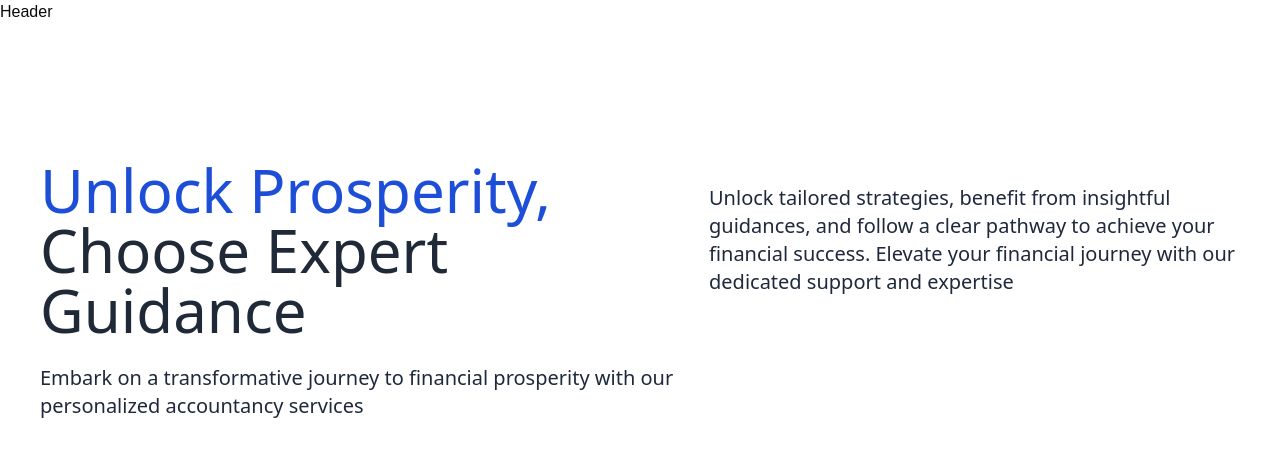
Repository: vespersolutionspk18/integrast-website
Page: /
The author's editor kept a copy of each file at every save. The page is drawn from the files as they stood at one save, then again after the next save.
The browser window is 1280 px wide. The pictures show the whole page.
The project was rebuilt for these pictures with package versions that can differ from the ones it lists, and the page was loaded fresh each time. The framework's server and built-in components were replaced by stand-ins that run in the browser. Also part of the build but not shown: next.config.ts.

Above is the page before, as saved 2024-12-09 14:47:46.

After the next save:
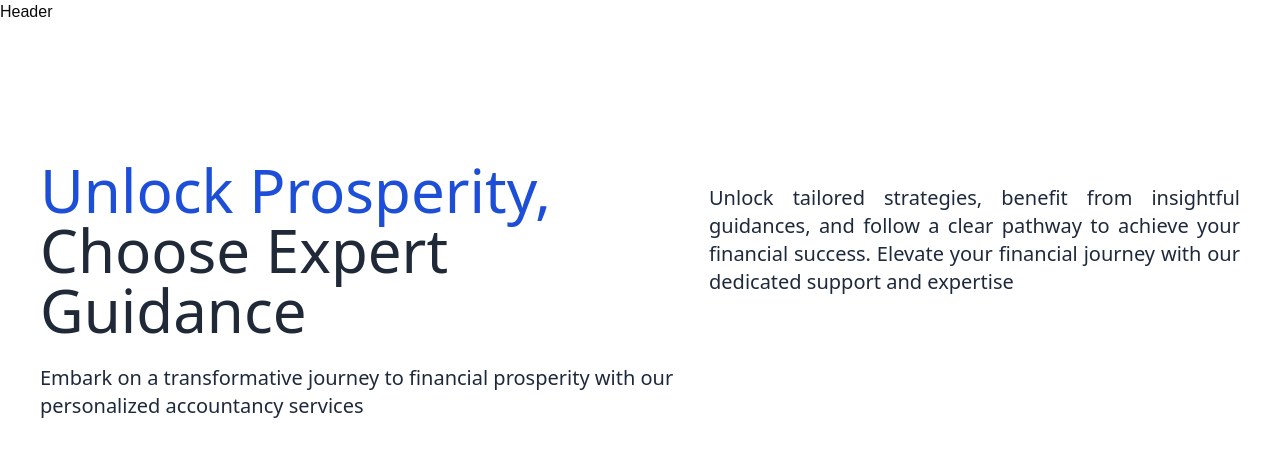
Saved 10 s later.
--- a/app/Hero.tsx
+++ b/app/Hero.tsx
@@ -9,7 +9,7 @@ const Hero = () => {
                 <h4 className="text-xl font-sans text-slate-800 mt-6">Embark on a transformative journey to financial prosperity with our personalized accountancy services</h4>
             </div>
             <div className="w-[45%]">
-                <h4 className="text-xl font-sans text-slate-800 mt-6">Unlock tailored strategies, benefit from insightful guidances, and follow a clear pathway to achieve your financial success. Elevate your financial journey with our dedicated support and expertise</h4>
+                <h4 className="text-xl text-justify font-sans text-slate-800 mt-6">Unlock tailored strategies, benefit from insightful guidances, and follow a clear pathway to achieve your financial success. Elevate your financial journey with our dedicated support and expertise</h4>
             </div>
         </div>
     </div>
